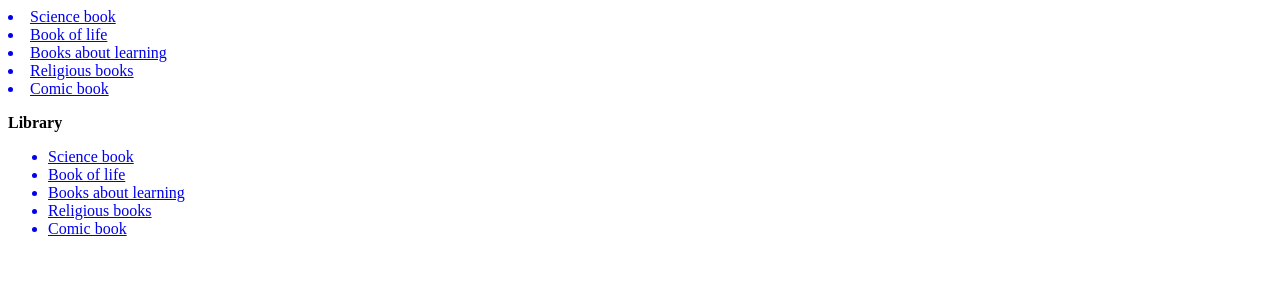
Repository: Helianthusss/Learn-CPP
Page: HTML/btvn22/bai 2/thuvien.html
These files come from the project's save history. The page is drawn as it stood at one moment and after the next save; the edit follows.
The browser window is 1280 px wide. The pictures show the whole page.

Above is the page before, as saved 2021-09-28 16:05:43.

### HTML/btvn22/bai 2/thuvien.html
<!DOCTYPE html>
<html lang="en">
  <head>
    <meta charset="UTF-8" />
    <meta http-equiv="X-UA-Compatible" content="IE=edge" />
    <meta name="viewport" content="width=device-width, initial-scale=1.0" />
    <title>Document</title>
  </head>
  <body>
    <table style="width: 100%">
      <tr>
        <a id="link" href="scienceBook.html">
          <li>Science book</li>
        </a>
        <a id="link" href="bookOfLife.html">
          <li>Book of life</li>
        </a>
        <a id="link" href="bookAboutLearning.html">
          <li>Books about learning</li>
        </a>
        <a id="link" href="religiousBook.html">
          <li>Religious books</li>
        </a>
        <a id="link" href="comicBook.html">
          <li>Comic book</li>
        </a>
      </tr>
    </table>
    <p><b>Library</b></p>
    <ul>
      <a id="link" href="scienceBook.html">
        <li>Science book</li>
      </a>
      <a id="link" href="bookOfLife.html">
        <li>Book of life</li>
      </a>
      <a id="link" href="bookAboutLearning.html">
        <li>Books about learning</li>
      </a>
      <a id="link" href="religiousBook.html">
        <li>Religious books</li>
      </a>
      <a id="link" href="comicBook.html">
        <li>Comic book</li>
      </a>
    </ul>
  </body>
</html>

After the next save:
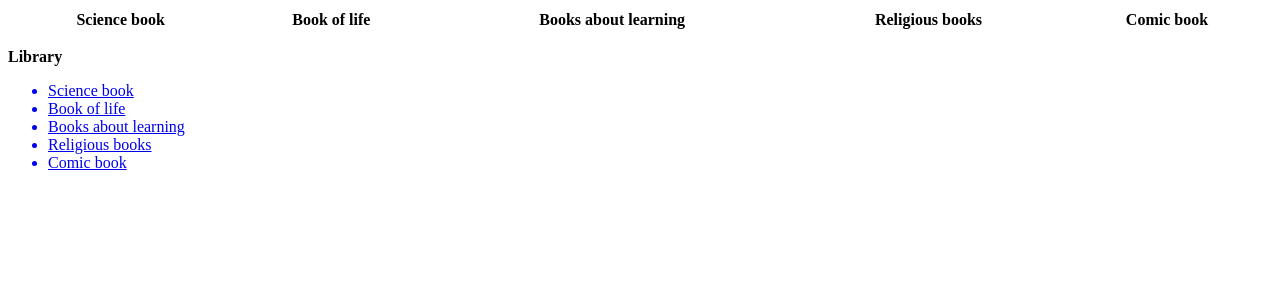
Saved 2 min 5 s later.
--- a/HTML/btvn22/bai 2/thuvien.html
+++ b/HTML/btvn22/bai 2/thuvien.html
@@ -10,19 +10,19 @@
     <table style="width: 100%">
       <tr>
         <a id="link" href="scienceBook.html">
-          <li>Science book</li>
+          <th>Science book</th>
         </a>
         <a id="link" href="bookOfLife.html">
-          <li>Book of life</li>
+          <th>Book of life</th>
         </a>
         <a id="link" href="bookAboutLearning.html">
-          <li>Books about learning</li>
+          <th>Books about learning</th>
         </a>
         <a id="link" href="religiousBook.html">
-          <li>Religious books</li>
+          <th>Religious books</th>
         </a>
         <a id="link" href="comicBook.html">
-          <li>Comic book</li>
+          <th>Comic book</th>
         </a>
       </tr>
     </table>
